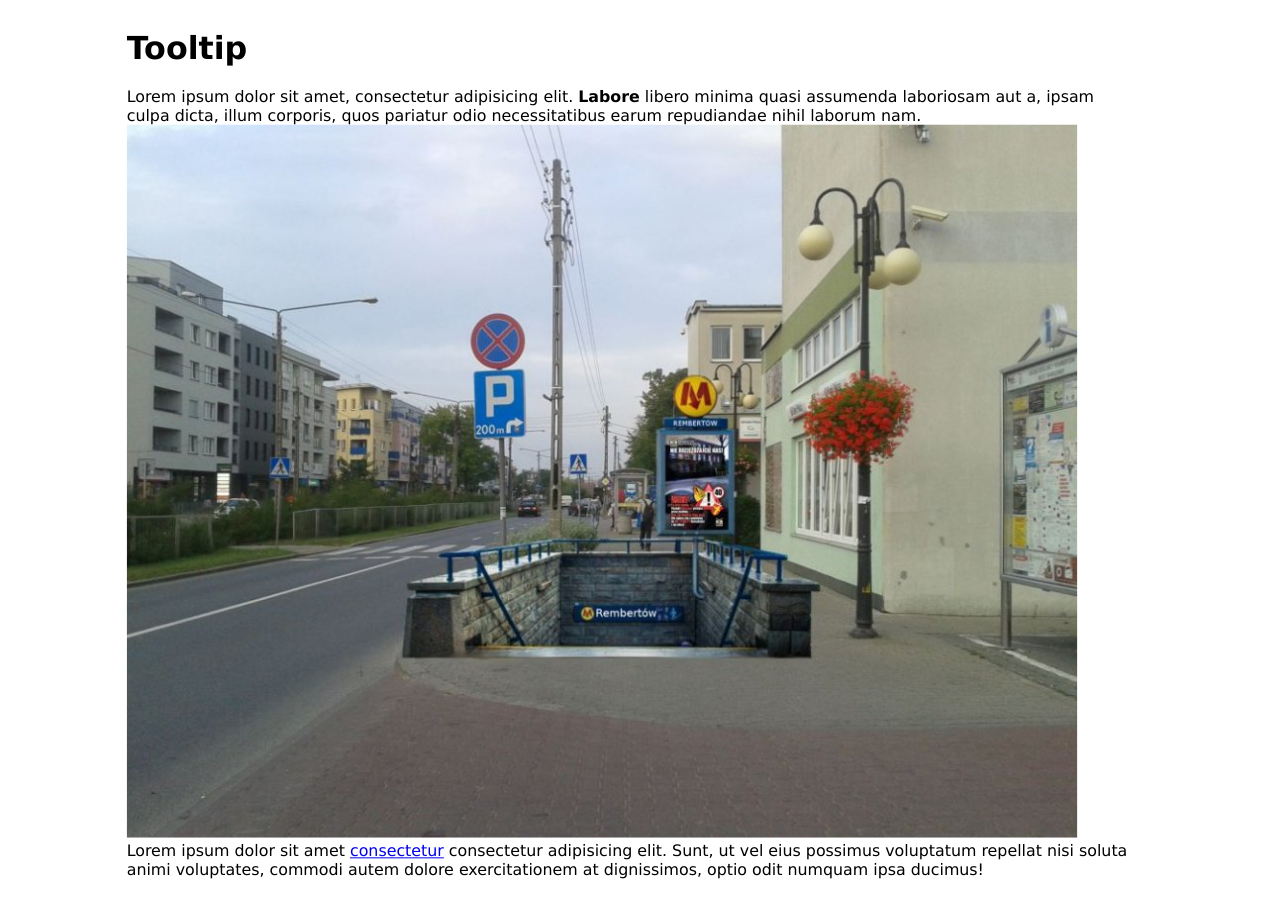
Repository: michal198711/change-toolkit-dom
Page: index.html
An editor plug-in stored every save of this project. The page is shown before and after a run of saves, followed by the edit.
The browser window is 1280 px wide. The pictures show the whole page, at 99% of full size.

Above is the page before, as saved 2021-07-31 14:10:20.

After the next 6 saves:
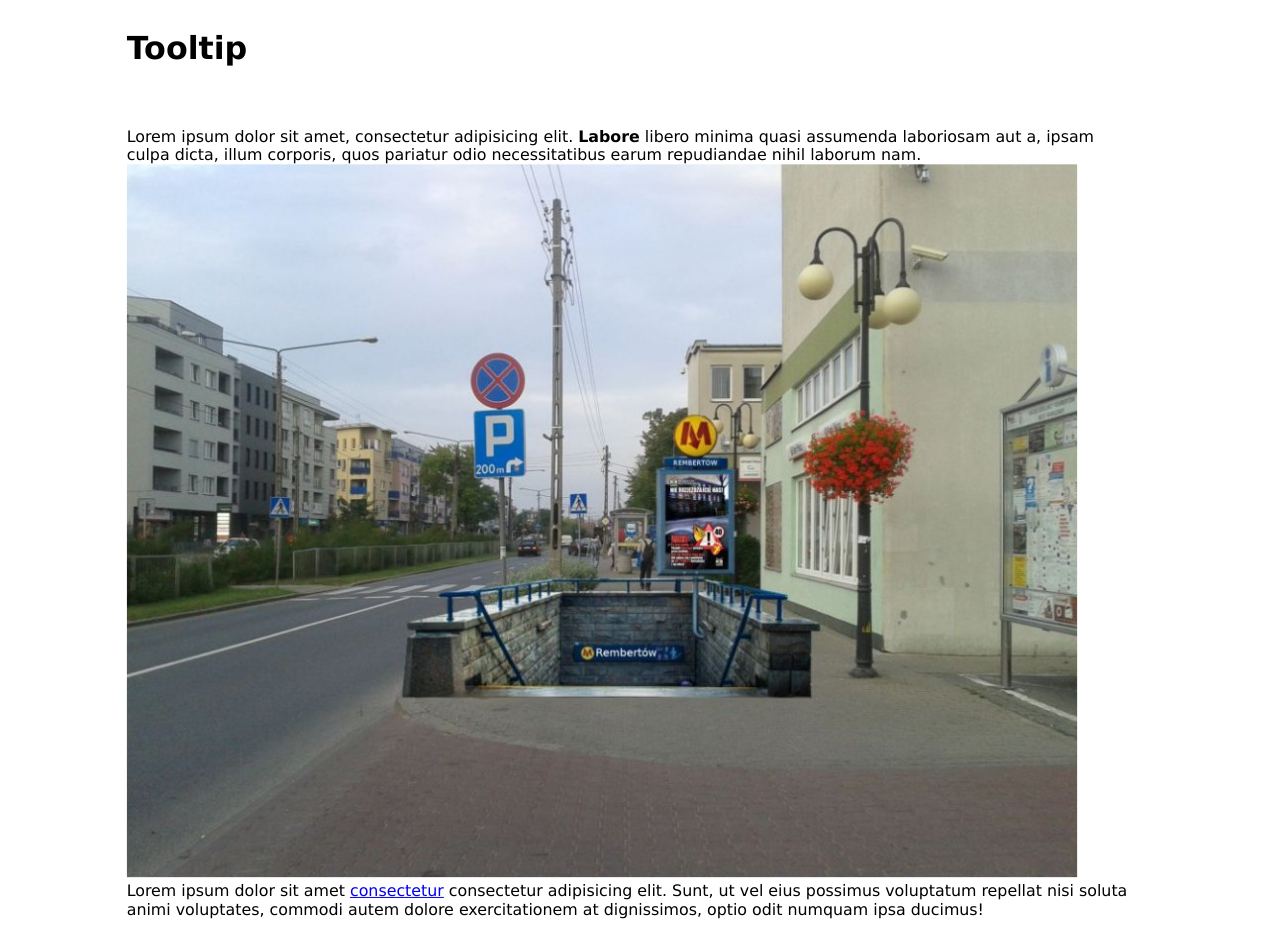
The 6 saves are shown as one change because they came seconds apart.
The last was saved 14 s later.
--- a/style.css
+++ b/style.css
@@ -13,5 +13,6 @@
 }
 h1{
     padding-bottom: 20px;
-    margin
+    margin-bottom:40px;
+    border-bo
 }
